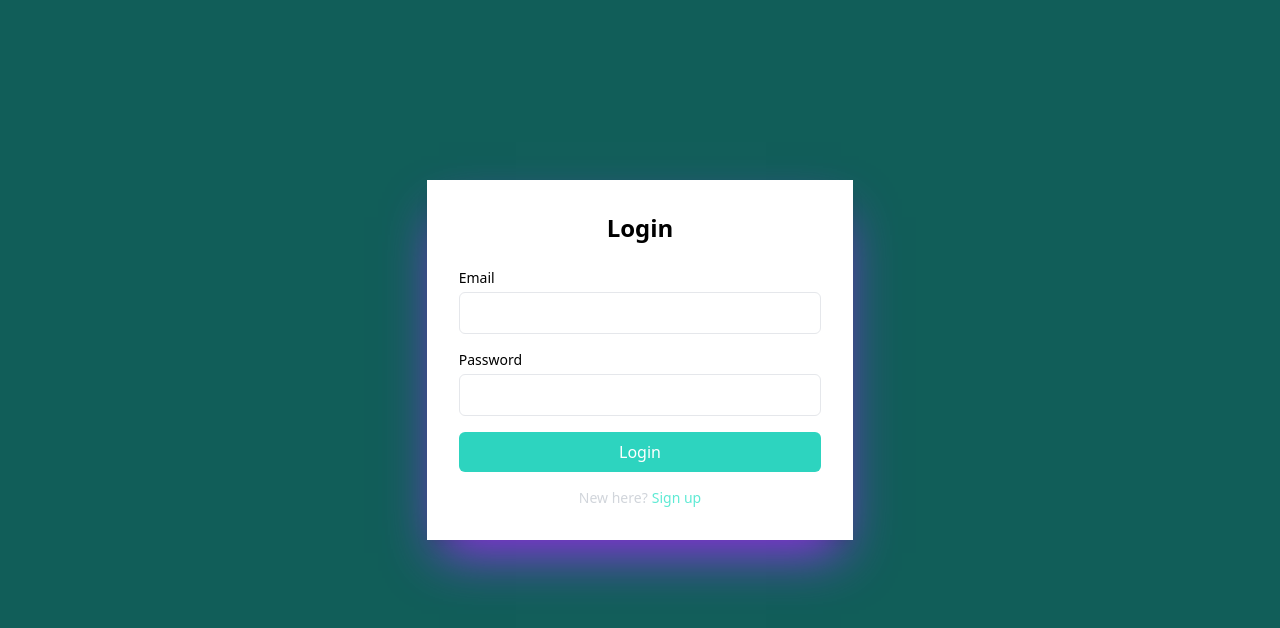
Repository: alizey12/POS-React-website
Page: /
The author's editor kept a copy of each file at every save. The page is drawn from the files as they stood at one save, then again after a run of saves.
The browser window is 1280 px wide. The pictures show the whole page.
The project was rebuilt for these pictures with package versions that can differ from the ones it lists, and the page was loaded fresh each time. Also part of the build but not shown: vite.config.js, src/navbar.jsx, src/sidebar.jsx, src/Dashboard.jsx.

Above is the page before, as saved 2024-12-30 22:55:55.

After the next 2 saves:
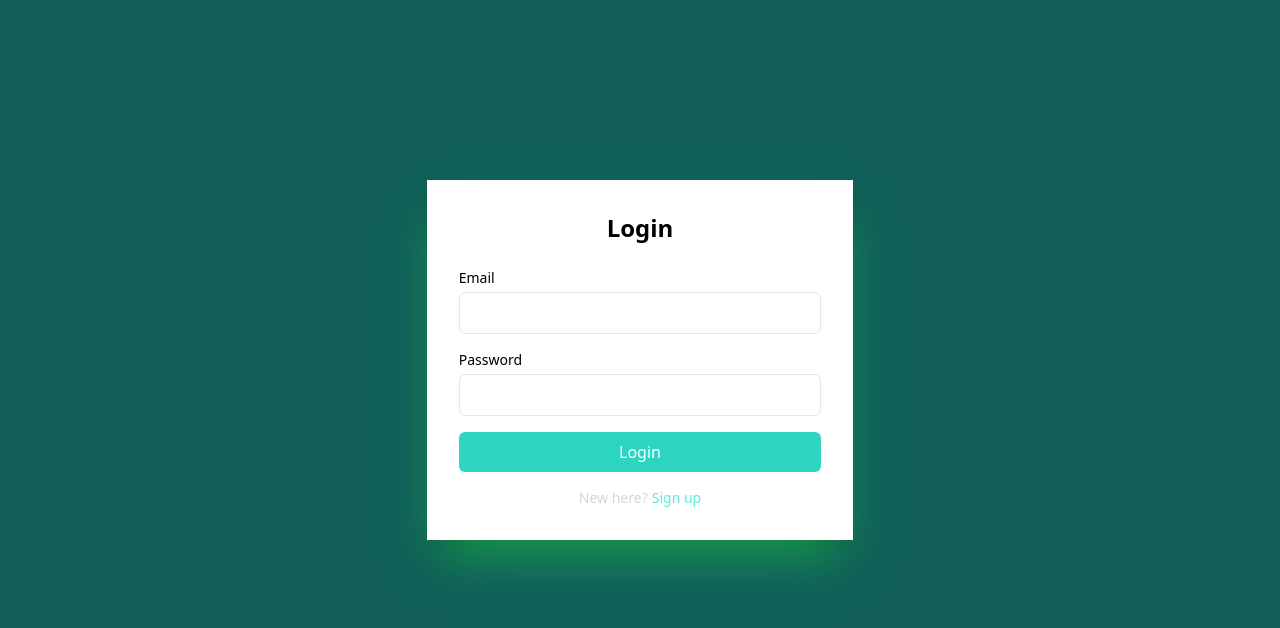
The 2 saves are shown as one change because they came seconds apart.
The last was saved 7 s later.
--- a/src/login.jsx
+++ b/src/login.jsx
@@ -56,7 +56,7 @@ const SignupLogin = () => {
     <div className="flex items-center justify-center min-h-screen  bg-teal-800 to-yellow-500">
       <div className=" bg-white w-1/3 shadow-lg rounded-lg">
 
-        <div className="w-full bg-white shadow-purple-600 shadow-2xl p-8 justify-center">
+        <div className="w-full bg-white shadow-green-600 shadow-2xl p-8 justify-center">
           <h2 className="text-2xl font-bold text-center ">
             {isLogin ? 'Login' : 'Sign Up'}
           </h2>
